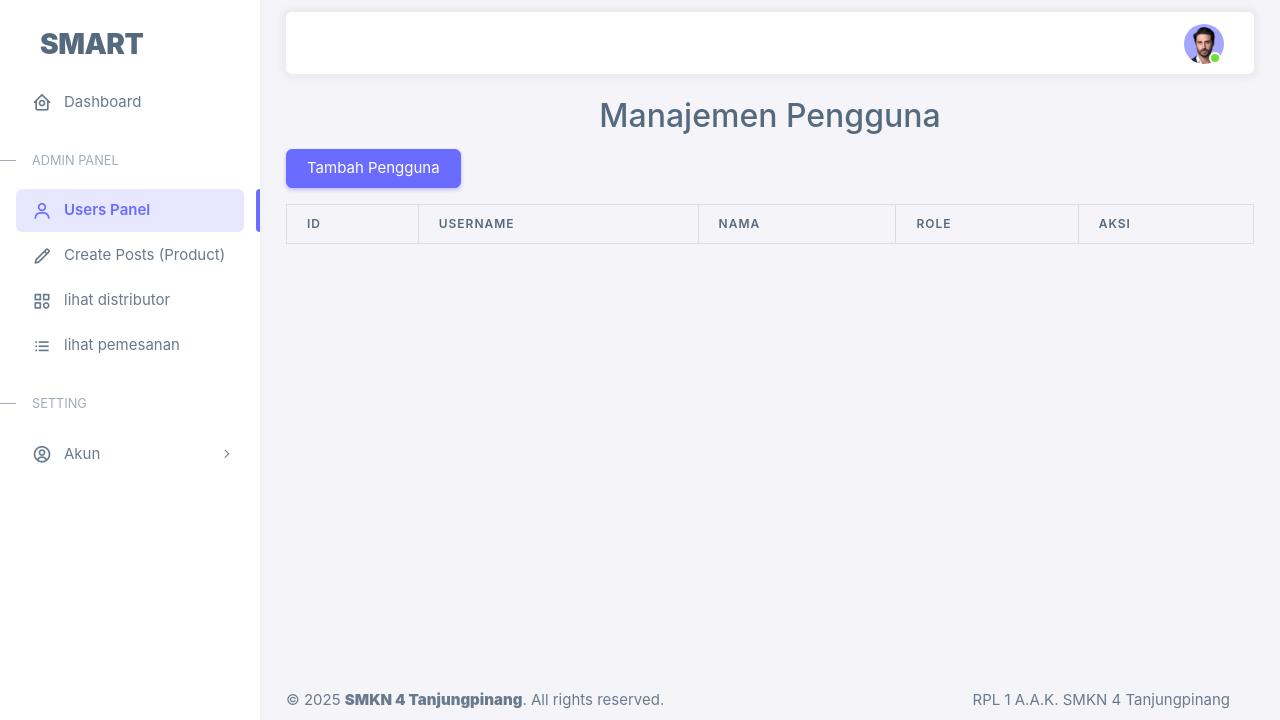
Repository: athalantis/SMart
Page: http://localhost/users.php
The author's editor kept a copy of each file at every save. The page is drawn from the files as they stood at one save, then again after the next save.
The browser window is 1280 px wide. The pictures show the whole page.
Some web fonts or font styles are not loaded; a fallback is used. The page is run by PHP 8.4 with error messages shown; the project is at /var/www/html/. The session is filled in as if someone had signed in: {"username": "testuser", "name": "Test User", "role": "admin", "user_id": 1}. Other server files are loaded and not shown. Queries for data that is not in the repository find no rows.

Above is the page before, as saved 2025-04-29 11:26:10.

### users.php
<?php
include ".includes/header.php";
$title = "Users Management";
include ".includes/toast_notification.php";
include "config.php"; // Pastikan ada koneksi ke database

// Proses Hapus User Jika Ada Request
if ($_SERVER["REQUEST_METHOD"] === "POST" && isset($_POST['delete_id'])) {
    $user_id = $_POST['delete_id'];

    // Gunakan prepared statement untuk keamanan
    $stmt = $conn->prepare("DELETE FROM users WHERE user_id = ?");
    $stmt->bind_param("i", $user_id);
    $stmt->execute();
    $stmt->close();

    return redirect("users.php"); // Refresh halaman setelah delete
}

// Ambil data pengguna dari database
$users = $conn->query("SELECT * FROM users");
?>

<div class="container mt-4">
    <h2 class="text-center mb-3">Manajemen Pengguna</h2>
    <a href="user_create.php" class="btn btn-primary mb-3">Tambah Pengguna</a>

    <table class="table table-bordered">
        <thead>
            <tr>
                <th>ID</th>
                <th>Username</th>
                <th>Nama</th>
                <th>Role</th>
                <th>Aksi</th>
            </tr>
        </thead>
        <tbody>
            <?php while ($row = $users->fetch_assoc()) : ?>
                <tr>
                    <td><?= $row['user_id'] ?></td>
                    <td><?= htmlspecialchars($row['username']) ?></td>
                    <td><?= htmlspecialchars($row['name']) ?></td>
                    <td><?= ucfirst($row['role']) ?></td>
                    <td>
                        <a href="user_edit.php?id=<?= $row['user_id'] ?>" class="btn btn-warning btn-sm">Edit</a>

                        <!-- Form untuk hapus user -->
                        <form method="POST" onsubmit="return confirm('Yakin ingin menghapus user ini?')" style="display:inline;">
                            <input type="hidden" name="delete_id" value="<?= $row['user_id'] ?>">
                            <button type="submit" class="btn btn-danger btn-sm">Hapus</button>
                        </form>

                    </td>
                </tr>
            <?php endwhile; ?>
        </tbody>
    </table>
</div>

<?php include ".includes/footer.php"; ?>

<?php
// Fungsi Redirect ala Laravel
function redirect($url) {
    echo "<script>window.location.href='$url';</script>";
    exit;
}
?>

### .includes/header.php
<?php
// Memasukkan file konfigurasi database
include 'config.php';
// Memasukkan file init session
include "init_session.php";
?>

<!DOCTYPE html>
<html lang="en">
  <head>
    <meta charset="utf-8" />
    <meta name="viewport" content="width=device-width,
    initial-scale=1.0, user-scalable=no, minimum-scale=1.0, maximum-scale=1.0"
    />

    <title>Dashboard &mdash; SMart Market</title>
    <!-- Favicon -->
    <link rel="icon" type="image/x-icon" href="assets/img/favicon/favicon.ico" />
    <!-- Fonts -->
    <link href="https://fonts.googleapis.com/css2?family=Public+Sans:ital,wght@0,300;0,400;0,500;0,600;0,700;1,300;1,400;1,500;1,600;1,700&display=swap" rel="stylesheet" />
    <link rel="stylesheet" href="assets/vendor/fonts/boxicons.css" />

    <!-- Core CSS -->
    <link rel="stylesheet" href="assets/vendor/css/core.css" class="template-customizer-core-css" />
    <link rel="stylesheet" href="assets/vendor/css/theme-default.css" class="template-customizer-theme-css" />
    <link rel="stylesheet" href="assets/css/styles.css" />

    <!-- Vendors CSS -->
    <link rel="stylesheet" href="assets/vendor/css/dataTables.bootstrap5.min.css">
    <link rel="stylesheet" href="assets/vendor/libs/perfect-scrollbar/perfect-scrollbar.css" />
    <!-- Page CSS -->
    <!-- Summernote CSS and JS -->
    <link rel="stylesheet" href="assets/vendor/css/summernote.min.css">
    <!-- Helpers -->
    <script src="assets/vendor/js/helpers.js"></script>
    <!--! Template customizer & Theme config files MUST be included after core stylesheets and helpers.js in the <head> section -->
    <!--? Config:  Mandatory theme config file contain global vars & default theme options, Set your preferred theme option in this file.  -->
    <script src="assets/js/config.js"></script>
  </head>
  <body>
    <!-- Layout wrapper -->
    <div class="layout-wrapper layout-content-navbar">
      <div class="layout-container">
        <?php include "sidemenu.php"; ?>
        <!-- Layout container -->
        <div class="layout-page">
          <?php include "navbar.php"; ?>
          <!-- Content wrapper -->
          <div class="content-wrapper">
            <!-- Content -->

### config.php
<?php

$host = "localhost";
$username = "root";
$password = "";
$database = "smart";

$conn = mysqli_connect($host, $username, $password, $database);

if ($conn->connect_error) {
    die("database gagal terkoneksi: " . $conn->connect_error);
}

?>

### .includes/init_session.php
<?php
// Pastikan hanya memulai sesi jika belum dimulai
if (session_status() === PHP_SESSION_NONE) {
    session_start();
}

// Cek apakah session sudah diset sebelum mengaksesnya
$userId = $_SESSION["user_id"] ?? null;
$name = $_SESSION["name"] ?? null;
$role = $_SESSION["role"] ?? null;

// Notifikasi hanya ditampilkan sekali, lalu dihapus
if (!empty($_SESSION['notification'])) {
    $notification = $_SESSION['notification'];
    unset($_SESSION['notification']);
} else {
    $notification = null;
}

// Perbaikan logika pengecekan login
if (!$userId || !$role) {
    $_SESSION['notification'] = [
        'type' => 'danger',
        'message' => 'Silakan login terlebih dahulu!'
    ];
    header('Location: ./auth/login.php');
    exit();
}

### .includes/navbar.php
<!-- Navbar -->
<nav class="layout-navbar container-xxl navbar navbar-expand-xl
navbar-detached align-items-center bg-navbar-theme" id="layout-navbar">
  <div class="layout-menu-toggle navbar-nav align-items-xl-center me-3 me-xl-0 d-xl-none">
    <a class="nav-item nav-link px-0 me-xl-4" href="javascript:void(0)">
      <i class="bx bx-menu bx-sm"></i>
    </a>
  </div>
  <div class="navbar-nav-right d-flex align-items-center" id="navbar-collapse">
    <ul class="navbar-nav flex-row align-items-center ms-auto">
      <!-- User -->
      <li class="nav-item navbar-dropdown dropdown-user dropdown">
        <a class="nav-link dropdown-toggle hide-arrow" href="javascript:void(0);" data-bs-toggle="dropdown">
          <div class="avatar avatar-online">
            <img src="assets/img/avatars/1.png" alt class="w-px-40 h-auto rounded-circle" />
          </div>
        </a>
        <ul class="dropdown-menu dropdown-menu-end">
          <li>
            <a class="dropdown-item" href="#">
              <div class="d-flex">
                <div class="flex-shrink-0 me-3">
                  <div class="avatar avatar-online">
                    <img src="assets/img/avatars/1.png" alt class="w-px-40 h-auto rounded-circle" />
                  </div>
                </div>
                <div class="flex-grow-1">
                  <span class="fw-semibold d-block"><?php echo $name; ?></span>
                  <small class="text-muted"><?php echo $role; ?></small>
                </div>
              </div>
            </a>
          </li>
          <li>
            <div class="dropdown-divider"></div>
          </li>
          <li>
            <a class="dropdown-item" href="auth/logout.php">
              <i class="bx bx-power-off me-2"></i>
              <span class="align-middle">Log Out</span>
            </a>
          </li>
        </ul>
      </li>
      <!--/ User -->
    </ul>
  </div>
</nav>
<!-- / Navbar -->

### .includes/toast_notification.php
<!-- Bootstrap Toast -->
<?php if ($notification): ?>
  <div id="notifikasi" class="bs-toast toast fade bg-<?= $notification['type'] ?> position-absolute m-3 end-0" role="alert" data-bs-autohide="true">
    <div class="toast-header">
      <i class="bx bx-bell me-2"></i>
      <strong class="me-auto"><?= $notification['title'] ?? 'Notifikasi' ?></strong>
      <button type="button" class="btn-close" data-bs-dismiss="toast" aria-label="Close"></button>
    </div>
    <div class="toast-body">
      <?= $notification['message'] ?>
    </div>
  </div>
<?php endif; ?>

<script>
  document.addEventListener('DOMContentLoaded', function () {
    const toastEl = document.getElementById('notifikasi');
    if (toastEl) {
      const toast = new bootstrap.Toast(toastEl);
      toast.show();
    }
  });
</script>

### .includes/footer.php
            <!-- Footer -->
            <footer class="content-footer footer bg-footer-theme">
              <div class="container-xxl d-flex flex-wrap justify-content-between py-2 flex-md-row flex-column">
                <div class="mb-2 mb-md-0">
                  ©
                  <script>
                    document.write(new Date().getFullYear());
                  </script>
                  <a href="#" target="_blank" class="footer-link fw-bolder">SMKN 4 Tanjungpinang</a>.
                  All rights reserved.
                </div>
                <div>
                  <a href="#" target="_blank" class="footer-link me-4">RPL 1 A.A.K. SMKN 4 Tanjungpinang</a>
                </div>
              </div>
            </footer>
            <!-- / Footer -->
            <div class="content-backdrop fade"></div>
          </div>
          <!-- Content wrapper -->
        </div>
        <!-- / Layout page -->
      </div>
      <!-- Overlay -->
      <div class="layout-overlay layout-menu-toggle"></div>
    </div>
    <!-- / Layout wrapper -->

    <!-- Core JS -->
    <!-- build:js assets/vendor/js/core.js -->
    <script src="assets/vendor/libs/jquery/jquery.js"></script>
    <script src="assets/vendor/js/bootstrap.bundle.min.js"></script>
    <script src="assets/vendor/libs/perfect-scrollbar/perfect-scrollbar.js"></script>
    <script src="assets/vendor/js/menu.js"></script>
    <!-- endbuild -->
    <!-- Main JS -->
    <script src="assets/js/main.js"></script>
    <!-- Datatables JS -->
    <script src="assets/vendor/libs/datatables/jquery.dataTables.min.js"></script>
    <script src="assets/vendor/libs/datatables/dataTables.bootstrap5.min.js"></script>
    <script src="assets/vendor/libs/datatables/datatables.js"></script>
    <!-- Summernote JS -->
    <script src="assets/vendor/libs/summernote/summernote.min.js" defer></script>
    <script src="assets/vendor/libs/summernote/summernote.js" defer></script>
    <!-- Active State JS -->
    <script src="assets/js/active-state-nav.js"></script>
</body>
</html>

Loaded but not shown: assets/js/main.js (118 lines, source omitted); assets/js/config.js (27 lines, source omitted); assets/js/active-state-nav.js (9 lines, source omitted); .includes/sidemenu.php (139 lines, source omitted); assets/css/styles.css (107 lines, source omitted)

After the next save:
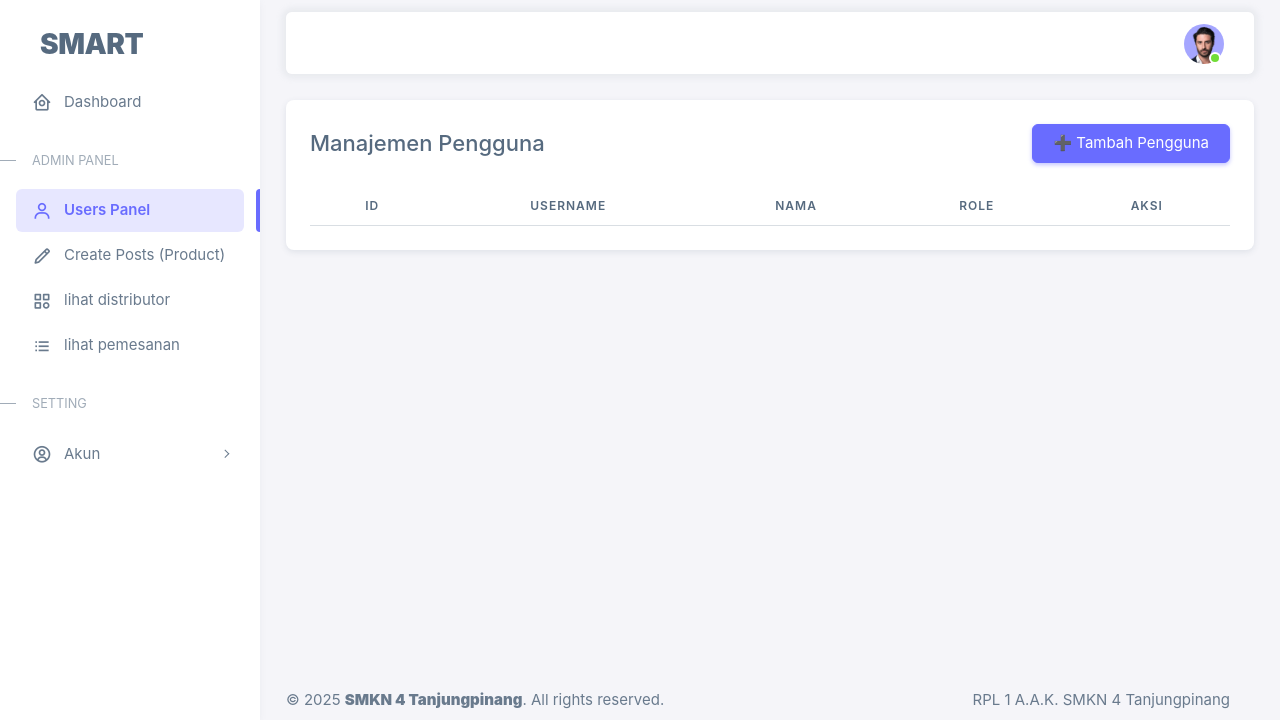
Saved 68 s later.
--- a/users.php
+++ b/users.php
@@ -2,66 +2,79 @@
 include ".includes/header.php";
 $title = "Users Management";
 include ".includes/toast_notification.php";
-include "config.php"; // Pastikan ada koneksi ke database
+include "config.php";
 
-// Proses Hapus User Jika Ada Request
+// Proses Hapus User
 if ($_SERVER["REQUEST_METHOD"] === "POST" && isset($_POST['delete_id'])) {
     $user_id = $_POST['delete_id'];
-
-    // Gunakan prepared statement untuk keamanan
     $stmt = $conn->prepare("DELETE FROM users WHERE user_id = ?");
     $stmt->bind_param("i", $user_id);
     $stmt->execute();
     $stmt->close();
-
-    return redirect("users.php"); // Refresh halaman setelah delete
+    return redirect("users.php");
 }
 
-// Ambil data pengguna dari database
+// Ambil data user
 $users = $conn->query("SELECT * FROM users");
 ?>
 
-<div class="container mt-4">
-    <h2 class="text-center mb-3">Manajemen Pengguna</h2>
-    <a href="user_create.php" class="btn btn-primary mb-3">Tambah Pengguna</a>
-
-    <table class="table table-bordered">
-        <thead>
-            <tr>
-                <th>ID</th>
-                <th>Username</th>
-                <th>Nama</th>
-                <th>Role</th>
-                <th>Aksi</th>
-            </tr>
-        </thead>
-        <tbody>
-            <?php while ($row = $users->fetch_assoc()) : ?>
-                <tr>
-                    <td><?= $row['user_id'] ?></td>
-                    <td><?= htmlspecialchars($row['username']) ?></td>
-                    <td><?= htmlspecialchars($row['name']) ?></td>
-                    <td><?= ucfirst($row['role']) ?></td>
-                    <td>
-                        <a href="user_edit.php?id=<?= $row['user_id'] ?>" class="btn btn-warning btn-sm">Edit</a>
-
-                        <!-- Form untuk hapus user -->
-                        <form method="POST" onsubmit="return confirm('Yakin ingin menghapus user ini?')" style="display:inline;">
-                            <input type="hidden" name="delete_id" value="<?= $row['user_id'] ?>">
-                            <button type="submit" class="btn btn-danger btn-sm">Hapus</button>
-                        </form>
-
-                    </td>
-                </tr>
-            <?php endwhile; ?>
-        </tbody>
-    </table>
+<div class="container-xxl flex-grow-1 container-p-y">
+    <div class="card">
+        <div class="card-header d-flex justify-content-between align-items-center">
+            <h4 class="mb-0">Manajemen Pengguna</h4>
+            <a href="user_create.php" class="btn btn-primary">➕ Tambah Pengguna</a>
+        </div>
+        <div class="card-body">
+            <div class="table-responsive text-nowrap">
+                <table class="table table-hover">
+                    <thead class="text-center">
+                        <tr>
+                            <th>ID</th>
+                            <th>Username</th>
+                            <th>Nama</th>
+                            <th>Role</th>
+                            <th>Aksi</th>
+                        </tr>
+                    </thead>
+                    <tbody>
+                        <?php while ($row = $users->fetch_assoc()): ?>
+                        <tr>
+                            <td class="text-center"><?= $row['user_id'] ?></td>
+                            <td><?= htmlspecialchars($row['username']) ?></td>
+                            <td><?= htmlspecialchars($row['name']) ?></td>
+                            <td class="text-center">
+                                <span class="badge bg-label-info"><?= ucfirst($row['role']) ?></span>
+                            </td>
+                            <td class="text-center">
+                                <div class="dropdown">
+                                    <button type="button" class="btn p-0 dropdown-toggle hide-arrow" data-bs-toggle="dropdown">
+                                        <i class="bx bx-dots-vertical-rounded"></i>
+                                    </button>
+                                    <div class="dropdown-menu">
+                                        <a class="dropdown-item" href="user_edit.php?id=<?= $row['user_id'] ?>">
+                                            <i class="bx bx-edit-alt me-1"></i> Edit
+                                        </a>
+                                        <form method="POST" class="dropdown-item p-0">
+                                            <input type="hidden" name="delete_id" value="<?= $row['user_id'] ?>">
+                                            <button type="submit" class="dropdown-item text-danger" onclick="return confirm('Yakin ingin menghapus user ini?')">
+                                                <i class="bx bx-trash me-1"></i> Hapus
+                                            </button>
+                                        </form>
+                                    </div>
+                                </div>
+                            </td>
+                        </tr>
+                        <?php endwhile; ?>
+                    </tbody>
+                </table>
+            </div>
+        </div>
+    </div>
 </div>
 
 <?php include ".includes/footer.php"; ?>
 
 <?php
-// Fungsi Redirect ala Laravel
 function redirect($url) {
     echo "<script>window.location.href='$url';</script>";
     exit;

After the save that followed:
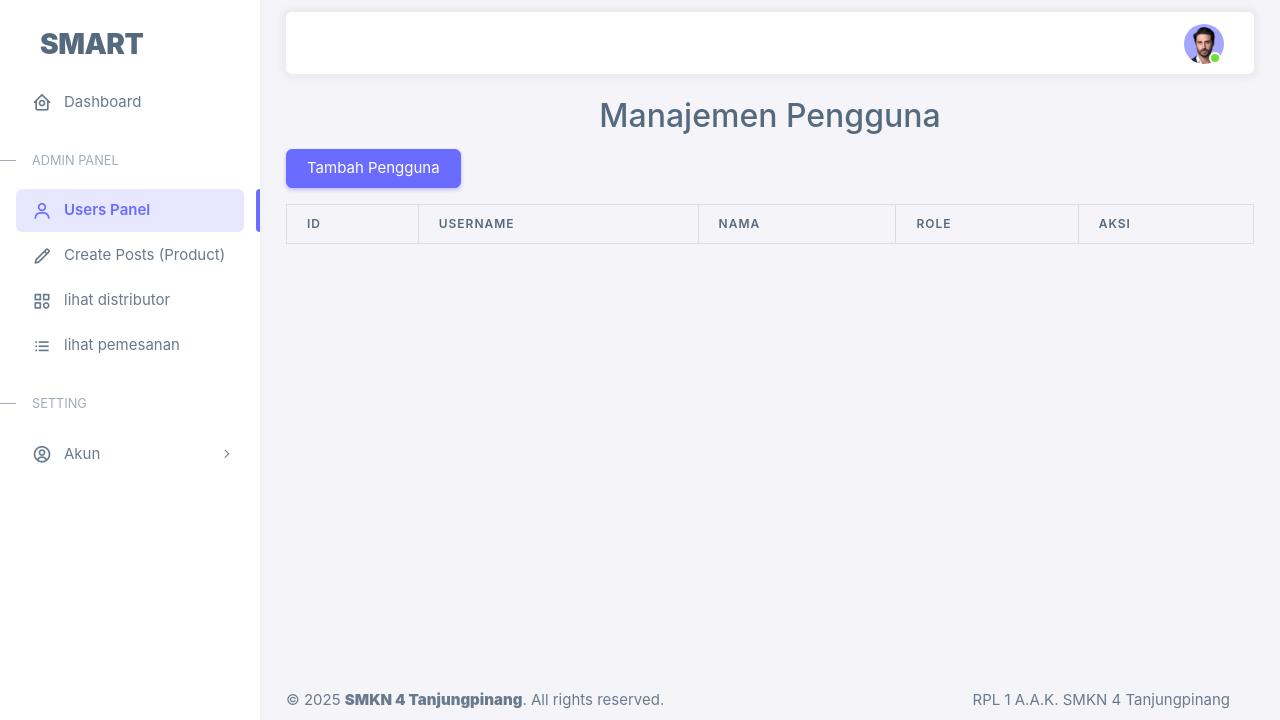
Saved 6 s later.
--- a/users.php
+++ b/users.php
@@ -2,79 +2,66 @@
 include ".includes/header.php";
 $title = "Users Management";
 include ".includes/toast_notification.php";
-include "config.php";
+include "config.php"; // Pastikan ada koneksi ke database
 
-// Proses Hapus User
+// Proses Hapus User Jika Ada Request
 if ($_SERVER["REQUEST_METHOD"] === "POST" && isset($_POST['delete_id'])) {
     $user_id = $_POST['delete_id'];
+
+    // Gunakan prepared statement untuk keamanan
     $stmt = $conn->prepare("DELETE FROM users WHERE user_id = ?");
     $stmt->bind_param("i", $user_id);
     $stmt->execute();
     $stmt->close();
-    return redirect("users.php");
+
+    return redirect("users.php"); // Refresh halaman setelah delete
 }
 
-// Ambil data user
+// Ambil data pengguna dari database
 $users = $conn->query("SELECT * FROM users");
 ?>
 
-<div class="container-xxl flex-grow-1 container-p-y">
-    <div class="card">
-        <div class="card-header d-flex justify-content-between align-items-center">
-            <h4 class="mb-0">Manajemen Pengguna</h4>
-            <a href="user_create.php" class="btn btn-primary">➕ Tambah Pengguna</a>
-        </div>
-        <div class="card-body">
-            <div class="table-responsive text-nowrap">
-                <table class="table table-hover">
-                    <thead class="text-center">
-                        <tr>
-                            <th>ID</th>
-                            <th>Username</th>
-                            <th>Nama</th>
-                            <th>Role</th>
-                            <th>Aksi</th>
-                        </tr>
-                    </thead>
-                    <tbody>
-                        <?php while ($row = $users->fetch_assoc()): ?>
-                        <tr>
-                            <td class="text-center"><?= $row['user_id'] ?></td>
-                            <td><?= htmlspecialchars($row['username']) ?></td>
-                            <td><?= htmlspecialchars($row['name']) ?></td>
-                            <td class="text-center">
-                                <span class="badge bg-label-info"><?= ucfirst($row['role']) ?></span>
-                            </td>
-                            <td class="text-center">
-                                <div class="dropdown">
-                                    <button type="button" class="btn p-0 dropdown-toggle hide-arrow" data-bs-toggle="dropdown">
-                                        <i class="bx bx-dots-vertical-rounded"></i>
-                                    </button>
-                                    <div class="dropdown-menu">
-                                        <a class="dropdown-item" href="user_edit.php?id=<?= $row['user_id'] ?>">
-                                            <i class="bx bx-edit-alt me-1"></i> Edit
-                                        </a>
-                                        <form method="POST" class="dropdown-item p-0">
-                                            <input type="hidden" name="delete_id" value="<?= $row['user_id'] ?>">
-                                            <button type="submit" class="dropdown-item text-danger" onclick="return confirm('Yakin ingin menghapus user ini?')">
-                                                <i class="bx bx-trash me-1"></i> Hapus
-                                            </button>
-                                        </form>
-                                    </div>
-                                </div>
-                            </td>
-                        </tr>
-                        <?php endwhile; ?>
-                    </tbody>
-                </table>
-            </div>
-        </div>
-    </div>
+<div class="container mt-4">
+    <h2 class="text-center mb-3">Manajemen Pengguna</h2>
+    <a href="user_create.php" class="btn btn-primary mb-3">Tambah Pengguna</a>
+
+    <table class="table table-bordered">
+        <thead>
+            <tr>
+                <th>ID</th>
+                <th>Username</th>
+                <th>Nama</th>
+                <th>Role</th>
+                <th>Aksi</th>
+            </tr>
+        </thead>
+        <tbody>
+            <?php while ($row = $users->fetch_assoc()) : ?>
+                <tr>
+                    <td><?= $row['user_id'] ?></td>
+                    <td><?= htmlspecialchars($row['username']) ?></td>
+                    <td><?= htmlspecialchars($row['name']) ?></td>
+                    <td><?= ucfirst($row['role']) ?></td>
+                    <td>
+                        <a href="user_edit.php?id=<?= $row['user_id'] ?>" class="btn btn-warning btn-sm">Edit</a>
+
+                        <!-- Form untuk hapus user -->
+                        <form method="POST" onsubmit="return confirm('Yakin ingin menghapus user ini?')" style="display:inline;">
+                            <input type="hidden" name="delete_id" value="<?= $row['user_id'] ?>">
+                            <button type="submit" class="btn btn-danger btn-sm">Hapus</button>
+                        </form>
+
+                    </td>
+                </tr>
+            <?php endwhile; ?>
+        </tbody>
+    </table>
 </div>
 
 <?php include ".includes/footer.php"; ?>
 
 <?php
+// Fungsi Redirect ala Laravel
 function redirect($url) {
     echo "<script>window.location.href='$url';</script>";
     exit;
